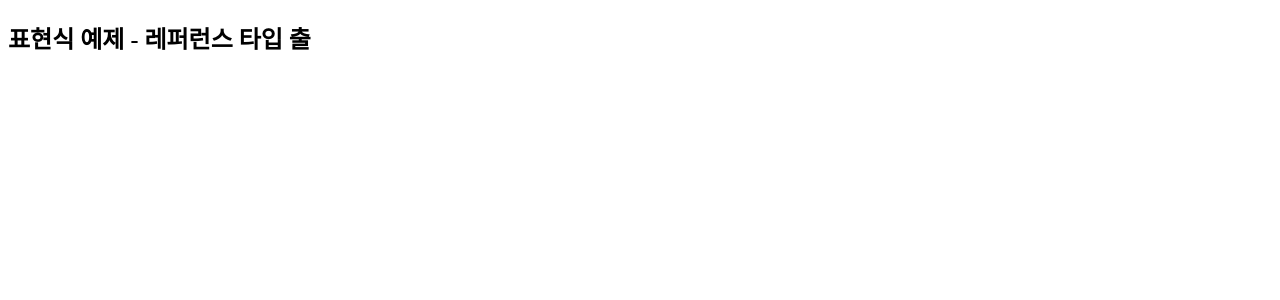
Repository: matodale/StudyJSP
Page: http://localhost/StudyJSP/ch05/expressionTest2.jsp
An editor plug-in stored every save of this project. The page is shown before and after the next save, followed by the edit.
The browser window is 1280 px wide. The pictures show the whole page.
The page is served by Tomcat 9.

Above is the page before, as saved 2022-12-21 03:41:15.

After the next save:
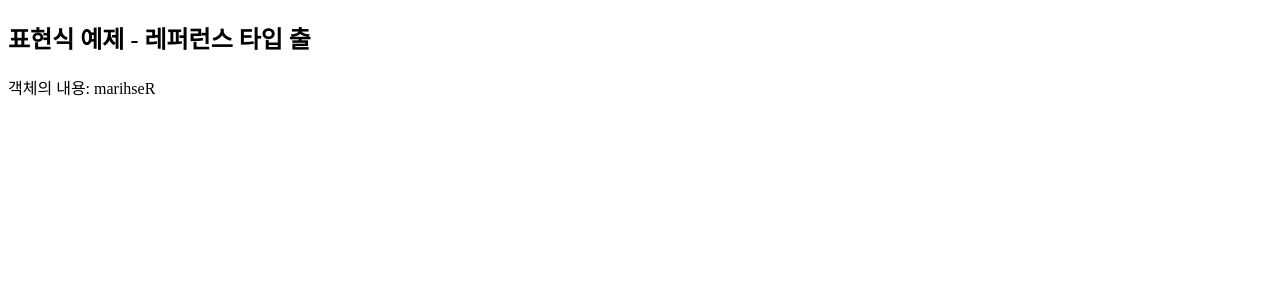
Saved 31 s later.
--- a/StudyJSP/src/main/webapp/ch05/expressionTest2.jsp
+++ b/StudyJSP/src/main/webapp/ch05/expressionTest2.jsp
@@ -11,6 +11,7 @@
 <%
 StringBuffer sf = new StringBuffer("Reshiram");
 sf.reverse();
+out.println("객체의 내용: " + sf.toString());
 %>
 </body>
 </html>
